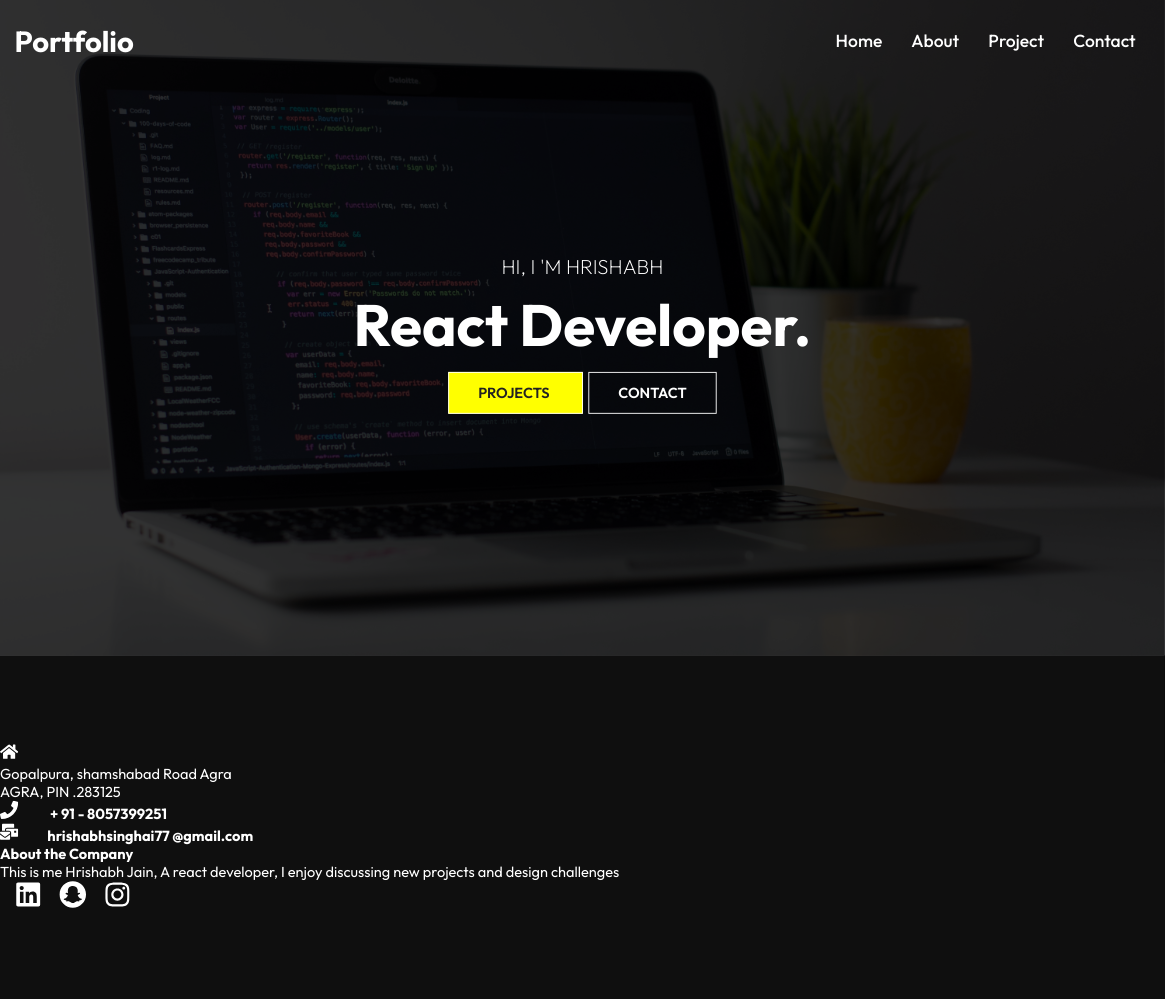
Repository: Hrishabhsinghai/Portfolio
Page: /
An editor plug-in stored every save of this project. The page is shown before and after the next save, followed by the edit.
The browser window is 1280 px wide. The pictures show the whole page, at 91% of full size.
The project was rebuilt for these pictures with package versions that can differ from the ones it lists, and the page was loaded fresh each time. Also part of the build but not shown: src/routes/About.js, src/routes/Project.js, src/routes/Contact.js.

Above is the page before, as saved 2024-01-04 16:01:02.

### src/index.css
@import url("https://fonts.googleapis.com/css2?family=Orbitron&family=Outfit:wght@100;200;300;400;500;600;700;800;900&display=swap");
* {
  box-sizing: border-box;
  margin: 0;
  padding: 0;
  font-family: "Outfit", sans-serif;
}

body {
  background: black;
}

h1,
h4,
p,
a {
  color: #fff;
  text-decoration: none;
}

ul {
  list-style-type: none;
}

.btn {
  padding: 12px 32px;
  font-size: 1rem;
  text-transform: uppercase;
  color: #222;
  border: 1px solid #fff;
  font-weight: 600;
  cursor: pointer;
  background: yellow;
}

.btn-light {
  background: transparent;
  color: #fff;
}

.btn-hover {
  background: rgba(255, 255, 255, 0.2);
  color: #fff;
  transition: 0.3;
}

### src/App.js
import "./index.css";
import Home from "./routes/Home";
import About from "./routes/About";
import Project from "./routes/Project";
import Contact from "./routes/Contact";
import { Route, Routes } from "react-router-dom";

function App() {
  return (
    <>
      <Routes>
        <Route path="/" element={<Home />} />{" "}
        <Route path="/project" element={<Project />} />{" "}
        <Route path="/About" element={<About />} />{" "}
        <Route path="/Contact" element={<Contact />} />{" "}
      </Routes>{" "}
    </>
  );
}

export default App;

### src/routes/Home.js
import React from "react";
import Navbar from "../components/Navbar";
import HeroImg from "../components/HeroImg";
import Footer from "../components/Footer";

const Home = () => {
  return (
    <div>
      <Navbar />
      <HeroImg />
      <Footer />
    </div>
  );
};

export default Home;

### src/components/Navbar.js
import { Link } from "react-router-dom";
import "./NavbarStyles.css";

import { FaBars, FaTimes } from "react-icons/fa";
import { useState } from "react";

const Navbar = () => {
  const [click, setClick] = useState(false);
  const handleClick = () => setClick(!click);

  const [color, settColor] = useState(false);
  const changeColor = () => {
    if (window.scrollY >= 100) {
      settColor(true);
    } else {
      settColor(false);
    }
  };

  window.addEventListener("scroll", changeColor);

  return (
    <div className={click ? "header header-bg" : "header"}>
      <Link to="/">
        {" "}
        <h1> Portfolio </h1>{" "}
      </Link>{" "}
      <ul className={click ? "nav-menu active" : "nav-menu"}>
        <li>
          <Link to="/"> Home </Link>{" "}
        </li>{" "}
        <li>
          <Link to="/About"> About </Link>{" "}
        </li>{" "}
        <li>
          <Link to="/Project"> Project </Link>{" "}
        </li>{" "}
        <li>
          <Link to="/Contact"> Contact </Link>{" "}
        </li>{" "}
      </ul>{" "}
      <div className="hamburger" onClick={handleClick}>
        {" "}
        {click ? (
          <FaTimes size={20} style={{ color: "#fff" }} />
        ) : (
          <FaBars size={20} style={{ color: "#fff" }} />
        )}{" "}
      </div>{" "}
    </div>
  );
};

export default Navbar;

### src/components/HeroImg.js
import "./HeroImgStyles.css";
import "../index.css";
import IntroImg from "../assets/IntroImg.jpg";
import React from "react";
import { Link } from "react-router-dom";

const HeroImg = () => {
  return (
    <div className="hero">
      <div className="mask">
        <img className="into-img" src={IntroImg} alt="IntroImg" />
      </div>{" "}
      <div className="content">
        <p> HI, I 'M HRISHABH </p> <h1> React Developer. </h1>{" "}
        <div>
          <Link to="/project" className="btn">
            {" "}
            Projects{" "}
          </Link>{" "}
          <Link to="/contact" className="btn btn-light">
            {" "}
            Contact{" "}
          </Link>{" "}
        </div>{" "}
      </div>{" "}
    </div>
  );
};

export default HeroImg;

### src/components/Footer.js
import "./FooterStyles.css";

import React from "react";
import {
  FaHome,
  FaInstagram,
  FaLinkedin,
  FaMailBulk,
  FaPhone,
  FaSnapchat,
} from "react-icons/fa";

const Footer = () => {
  return (
    <div className="footer">
      <div className="footer-continer">
        <div className="left">
          <div className="location">
            <FaHome size={20} style={{ color: "#fff", marginRight: "2rem" }} />{" "}
            <div>
              <p> Gopalpura, shamshabad Road Agra </p>{" "}
              <p> AGRA, PIN .283125 </p>{" "}
            </div>{" "}
          </div>{" "}
          <div className="phone">
            <h4>
              {" "}
              <FaPhone
                size={20}
                style={{ color: "#fff", marginRight: "2rem" }}
              />{" "}
              + 91 - 8057399251{" "}
            </h4>{" "}
          </div>{" "}
          <div className="email">
            <h4>
              {" "}
              <FaMailBulk
                size={20}
                style={{ color: "#fff", marginRight: "2rem" }}
              />
              hrishabhsinghai77 @gmail.com{" "}
            </h4>{" "}
          </div>{" "}
        </div>{" "}
        <div className="right">
          <h4> About the Company </h4>{" "}
          <p>
            {" "}
            This is me Hrishabh Jain, A react developer, I enjoy discussing new
            projects and design challenges{" "}
          </p>{" "}
          <div className="social">
            <h4>
              <FaLinkedin
                size={30}
                style={{ color: "#fff", marginLeft: "1rem" }}
              />{" "}
              <FaSnapchat
                size={30}
                style={{ color: "#fff", marginLeft: "1rem" }}
              />{" "}
              <FaInstagram
                size={30}
                style={{ color: "#fff", marginLeft: "1rem" }}
              />{" "}
            </h4>{" "}
          </div>{" "}
        </div>{" "}
      </div>{" "}
    </div>
  );
};

export default Footer;

### src/components/NavbarStyles.css
.header {
  display: flex;
  justify-content: space-between;
  align-items: center;
  padding: 1rem;
  position: fixed;
  width: 100%;
  height: 90px;
  z-index: 10;
}

.header-bg {
  background-color: rgba(0, 0, 0, 0.85);
  transition: 0.5s;
}

.nav-menu {
  display: flex;
}

.nav-menu li {
  padding: 0 1rem;
}

.nav-menu li a {
  font-size: 1.2rem;
  font-weight: 500;
}

.hamburger {
  display: none;
}

@media screen and (max-width: 1040px) {
  .nav-menu {
    flex-direction: column;
    justify-content: center;
    align-items: center;
    width: 100%;
    height: 100vh;
    background: rgba(0, 0, 0, 0.9);
    position: absolute;
    top: 0;
    left: -100%;
    z-index: -3;
    transition: 0.3s;
  }
  .nav-menu.active {
    left: 0;
  }
  .nav-menu li {
    padding: 1rem 0;
  }
  .nav-menu li a {
    font-size: 2rem;
  }
  .hamburger {
    display: initial;
  }
}

### src/components/HeroImgStyles.css
.mask {
  width: 100%;
  height: 100vh;
  position: relative;
}

.into-img {
  width: 100%;
  height: 100vh;
  background-size: cover;
  background-position: center;
  object-fit: cover;
}

.mask::after {
  content: "";
  width: 100%;
  height: 100vh;
  position: absolute;
  top: 0;
  left: 0;
  background-color: #000;
  opacity: 0.8;
}

.hero {
  height: 100%;
  width: 100;
}

.hero .content {
  position: absolute;
  transform: translate(-50%, -50%);
  top: 50%;
  left: 50%;
  text-align: center;
}

.hero .content h1 {
  font-size: 4rem;
  padding: 0.6rem 0 1.5rem;
}

.hero .content p {
  font-size: 1.4rem;
  font-weight: 200;
  text-transform: uppercase;
}

.content .btn {
  margin: 1rem 0.2rem;
}

@media screen and (max-width: 640px) {
  .hero .content h1 {
    font-size: 3rem;
  }
  .hero .content p {
    font-size: 1.4rem;
  }
}

### src/components/FooterStyles.css
.footer {
  width: 100%;
  padding: 6rem 0;
  background-color: rgba(19, 19, 19, 0.8);
}

.footer-container {
  max-width: 1140px;
  margin: auto;
  display: grid;
  grid-template-columns: repeat(2, 1fr);
  grid-gap: 40px;
}

Loaded but not shown: public/index.html (common file); src/index.js (common file)

After the next save:
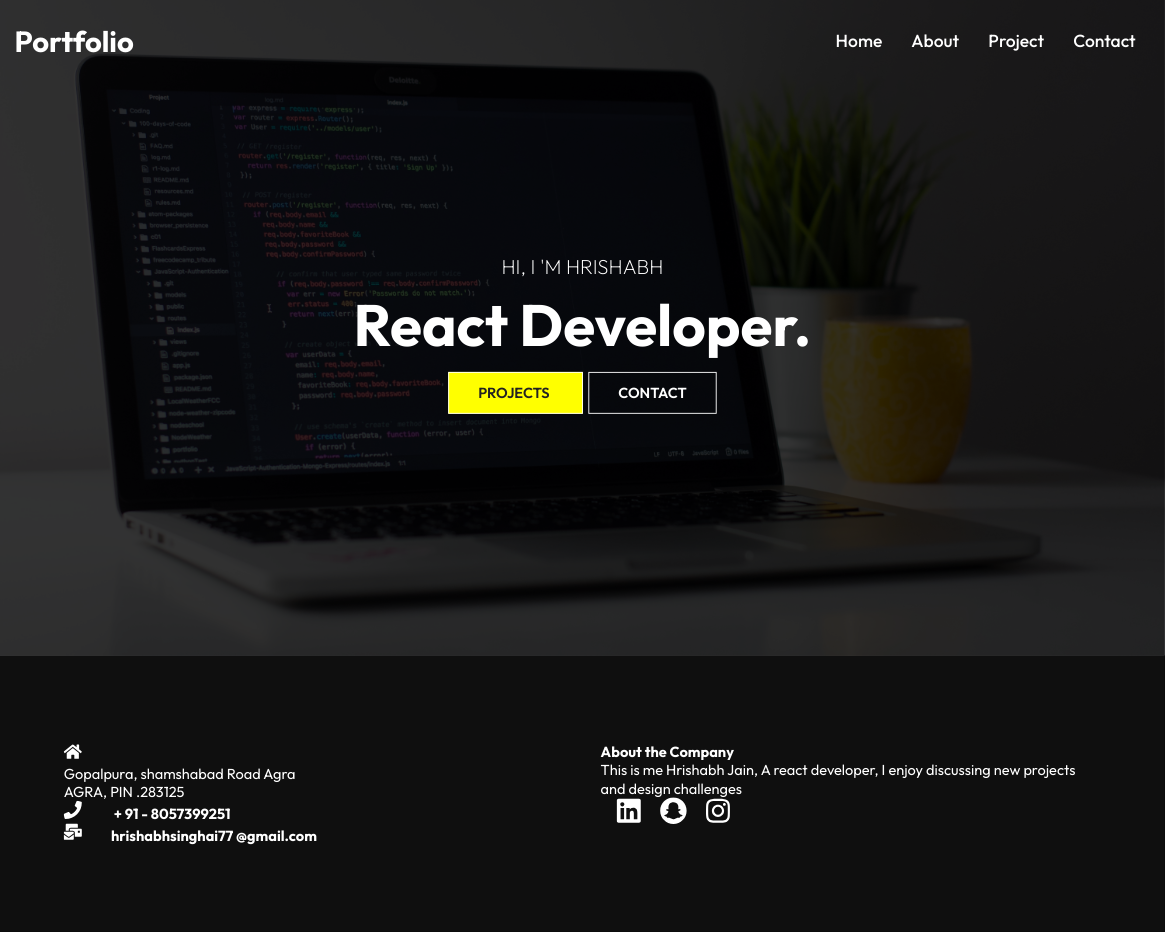
Saved 16 s later.
--- a/src/components/Footer.js
+++ b/src/components/Footer.js
@@ -13,7 +13,7 @@ import {
 const Footer = () => {
   return (
     <div className="footer">
-      <div className="footer-continer">
+      <div className="footer-container">
         <div className="left">
           <div className="location">
             <FaHome size={20} style={{ color: "#fff", marginRight: "2rem" }} />{" "}
